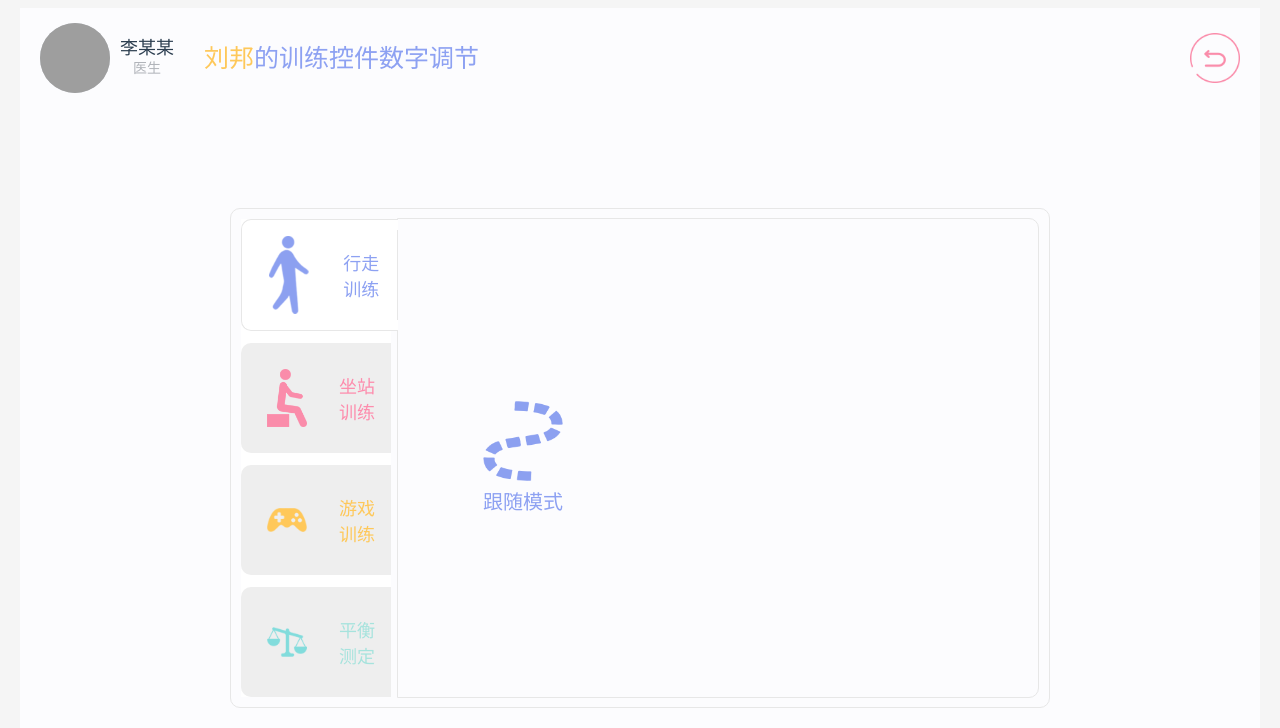
Repository: wangdanqing90/electron-vue-doctor
Page: /#/trainingAdjust
The author's editor kept a copy of each file at every save. The page is drawn from the files as they stood at one save, then again after the next save.
The browser window is 1280 px wide. The pictures show the whole page.
Pictures or frames that could not be fetched are drawn as grey boxes. The project was rebuilt for these pictures with package versions that can differ from the ones it lists, and the page was loaded fresh each time. Also part of the build but not shown: vue.config.js, src/views/Home.vue, src/assets/styles/variable.scss, src/assets/styles/iconfont.css, src/components/Adjust/Adjust.vue.

Above is the page before, as saved 2020-01-15 13:41:43.

### public/index.html
<!DOCTYPE html>
<html lang="en">
  <head>
    <meta charset="utf-8">
    <meta http-equiv="X-UA-Compatible" content="IE=edge">
    <meta name="viewport" content="width=device-width,initial-scale=1.0">
    <link rel="icon" href="<%= BASE_URL %>favicon.ico">
    <title>electron-vue-demo</title>
  </head>
  <body>
    <noscript>
      <strong>We're sorry but electron-vue-demo doesn't work properly without JavaScript enabled. Please enable it to continue.</strong>
    </noscript>
    <div id="app"></div>
    <!-- built files will be auto injected -->
  </body>
</html>

### src/App.vue
<template>
  <div id="app">
    <!-- <div id="nav">
      <router-link to="/">Home</router-link> |
      <router-link to="/about">About</router-link>
    </div>-->
    <keep-alive>
      <router-view v-if="$route.meta.keepAlive"></router-view>
    </keep-alive>
    <router-view v-if="!$route.meta.keepAlive"></router-view>
  </div>
</template>

<style lang="scss">
#app {
  font-family: "Avenir", Helvetica, Arial, sans-serif;
  -webkit-font-smoothing: antialiased;
  -moz-osx-font-smoothing: grayscale;
  text-align: center;
  color: #2c3e50;
  height: 100%;
}
#nav {
  padding: 30px;
  a {
    font-weight: bold;
    color: #2c3e50;
    &.router-link-exact-active {
      color: #42b983;
    }
  }
}
</style>

### src/assets/styles/base.scss
html {
  background: #f5f5f5;
  height: 100%;
}

body {
  height: 100%;
}

p {
  margin: 0;
  padding: 0;
}

ol,
ul {
  list-style: none;
  margin: 0;
  padding: 0;
}

a {
  cursor: pointer;
}

.wrap-white {
  background: #fff;
  padding-left: 20px;
  padding-right: 20px;
  overflow: hidden;

}

.el-breadcrumb {
  margin-bottom: 15px;
}

.el-titleText {
  font-size: 20px;
  color: black;
  height: 64px;
  line-height: 64px;
}

//::-webkit-scrollbar {
//  width: 5px;
//  height: 5px;
//}
//
//::-webkit-scrollbar:horizontal {
//  height: 15px;
//}
//
//::-webkit-scrollbar-track-piece:vertical {
//  background-color: rgba(0, 0, 0, 0.2);
//  -webkit-border-radius: 6px;
//}
//
//::-webkit-scrollbar-track:horizontal {
//  background-color: rgba(0, 0, 0, 0.2);
//}
//
//::-webkit-scrollbar-thumb:vertical {
//  height: 5px;
//  background-color: rgba(125, 125, 125, 0.7);
//  -webkit-border-radius: 6px;
//}
//
//::-webkit-scrollbar-thumb:horizontal {
//  width: 5px;
//  background-color: rgba(125, 125, 125, 0.7);
//}

input[type="text"],
input[type="number"] {
  //-webkit-appearance: none;
  background-color: #fff;
  border-radius: 4px;
  border: 1px solid #d8dce5;
  box-sizing: border-box;
  color: #5a5e66;
  display: inline-block;
  font-size: inherit;
  height: 40px;
  line-height: 1;
  outline: 0;
  padding: 0 15px;
  -webkit-transition: border-color .2s cubic-bezier(.645, .045, .355, 1);
  transition: border-color .2s cubic-bezier(.645, .045, .355, 1);
  width: 100%;

  &:hover {
    border-color: #b4bccc;
  }

  &:focus {
    border-color: #409EFF;
    outline: 0;
  }
}

/*滚动条*/
::-webkit-scrollbar {
  -webkit-appearance: none;
}

::-webkit-scrollbar:vertical {
  width: 10px;
}

::-webkit-scrollbar:horizontal {
  height: 10px;
}

::-webkit-scrollbar-thumb {
  background-color: rgba(0, 0, 0, .5);
  border-radius: 10px;
  border: 2px solid #ffffff;
}

::-webkit-scrollbar-track {
  border-radius: 10px;
  background-color: #ffffff;
}

/*margin*/
.margin-bottom-240 {
  margin-bottom: 240px;
}

.margin-top--10 {
  margin-top: -10px;
}

.margin-top--15 {
  margin-top: -15px;
}

.margin-top--18 {
  margin-top: -18px;
}

.margin-top--20 {
  margin-top: -20px;
}

.margin-top--40 {
  margin-top: -40px;
}

.margin-top--60 {
  margin-top: -60px;
}

.margin-top--80 {
  margin-top: -80px;
}

.margin-top--180 {
  margin-top: -180px;
}

.margin-top-0 {
  margin-top: 0px !important;
}

.margin-top-10 {
  margin-top: 10px;
}

.margin-top-15 {
  margin-top: 15px;
}

.margin-top-20 {
  margin-top: 20px;
}

.margin-top-25 {
  margin-top: 25px;
}

.margin-top-30 {
  margin-top: 30px;
}

.margin-top-35 {
  margin-top: 35px;
}

.margin-top-40 {
  margin-top: 40px;
}

.margin-top-46 {
  margin-top: 46px;
}

.margin-top-50 {
  margin-top: 50px;
}

.margin-top-60 {
  margin-top: 60px;
}

.margin-top-70 {
  margin-top: 70px;
}

.margin-top-80 {
  margin-top: 80px;
}

.margin-top-100 {
  margin-top: 100px;
}

.margin-bottom-0 {
  margin-bottom: 0px !important;
}

.margin-bottom-5 {
  margin-bottom: 5px;
}

.margin-bottom-10 {
  margin-bottom: 20px;
}

.margin-bottom-20 {
  margin-bottom: 20px;
}

.margin-bottom-25 {
  margin-bottom: 25px;
}

.margin-bottom-30 {
  margin-bottom: 30px;
}

.margin-bottom-40 {
  margin-bottom: 40px;
}

.margin-bottom-50 {
  margin-bottom: 50px;
}

.margin-bottom-60 {
  margin-bottom: 60px;
}

.margin-bottom-70 {
  margin-bottom: 70px;
}

.margin-left-0 {
  margin-left: 0px !important;
}

.margin-left-5 {
  margin-left: 5px;
}

.margin-left--15 {
  margin-left: -15px;
}

.margin-left--35 {
  margin-left: -35px;
}

.margin-left-10 {
  margin-left: 10px;
}

.margin-left-25 {
  margin-left: 25px;
}

.margin-left-30 {
  margin-left: 30px;
}

.margin-left-40 {
  margin-left: 40px;
}

.margin-right-0 {
  margin-right: 0px;
}

.margin-right-5 {
  margin-right: 5px;
}

.margin-right-10 {
  margin-right: 10px;
}

.margin-right-30 {
  margin-right: 30px;
}


.margin-right--15 {
  margin-right: -15px;
}

.margin-right--35 {
  margin-right: -35px;
}

.margin-right--50 {
  margin-right: -50px;
}

.margin-0 {
  margin: 0px;
}

.padding-top-5 {
  padding-top: 5px;
}

.padding-top-10 {
  padding-top: 10px;
}

.padding-top-15 {
  padding-top: 15px;
}

.padding-top-20 {
  padding-top: 20px;
}

.padding-top-26 {
  padding-top: 26px;
}

.padding-top-30 {
  padding-top: 30px;
}

.padding-top-35 {
  padding-top: 35px;
}

.padding-top-40 {
  padding-top: 40px;
}

.padding-top-60 {
  padding-top: 60px;
}

.padding-top-70 {
  padding-top: 70px;
}

.padding-top-100 {
  padding-top: 100px;
}

.padding-top-150 {
  padding-top: 150px;
}

.padding-top-250 {
  padding-top: 250px;
}

.padding-left-0 {
  padding-left: 0px;
}

.padding-left-5 {
  padding-left: 5px;
}

.padding-left-7 {
  padding-left: 7.5px;
}

.padding-left-10 {
  padding-left: 10px;
}

.padding-left-12 {
  padding-left: 12px;
}

.padding-left-15 {
  padding-left: 15px;
}

.padding-left-20 {
  padding-left: 20px;
}

.padding-left-24 {
  padding-left: 24px;
}

.padding-left-30 {
  padding-left: 30px;
}

.padding-left-40 {
  padding-left: 40px;
}

.padding-left-50 {
  padding-left: 50px;
}

.padding-left-70 {
  padding-left: 70px;
}

.padding-left-90 {
  padding-left: 90px;
}

.padding-bottom-5 {
  padding-bottom: 5px;
}

.padding-bottom-10 {
  padding-bottom: 10px;
}

.padding-bottom-20 {
  padding-bottom: 20px;
}

.padding-bottom-26 {
  padding-bottom: 26px;
}

.padding-bottom-30 {
  padding-bottom: 30px;
}

.padding-bottom-40 {
  padding-bottom: 40px;
}

.padding-bottom-50 {
  padding-bottom: 50px;
}

.padding-bottom-60 {
  padding-bottom: 60px;
}

.padding-bottom-100 {
  padding-bottom: 100px;
}

.padding-right-0 {
  padding-right: 0px;
}

.padding-right-7 {
  padding-right: 7.5px;
}

.padding-right-15 {
  padding-right: 15px;
}

.padding-right-30 {
  padding-right: 30px;
}

.padding-right-40 {
  padding-right: 40px;
}

.padding-right-50 {
  padding-right: 50px;
}

.padding-right-60 {
  padding-right: 60px;
}

.padding-right-90 {
  padding-right: 90px;
}

.padding-0 {
  padding: 0px !important;
}

.padding-15 {
  padding: 15px;
}

.padding-20 {
  padding: 20px;
}

@media (min-width: 992px) {
  .margin-left-15 {
    margin-left: 15px;
  }

  .margin-right-15 {
    margin-right: 15px;
  }
}

body {
  font-size: 12px;
  color: #7F8FA4;
  font-family: "Helvetica Neue", Helvetica, "PingFang SC", "Hiragino Sans GB", "Microsoft YaHei", "微软雅黑", Arial, sans-serif;
  box-sizing: border-box;
}

.container {
  width: 1200px;
  min-height: 100%;
  margin: 0 auto;
  background: #fcfcfe;
  padding: 0 20px;
}

.el-dialog__body {
  font-size: 12px;
}

.pb10 {
  padding-bottom: 10px;
}

.pb30 {
  padding-bottom: 30px;
}

.mb30 {
  margin-bottom: 30px;
}

.toolbar {
  background: #fff;
  padding: 10px;
  margin: 10px 0px;
  text-align: center;
}

.handleMoreWrap .el-dialog__body {
  padding: 10px;
}

.handleMore-title {
  text-align: center;
  padding-bottom: 6px;
}

.handleMoreHeight {
  max-height: 300px;
  overflow: hidden;
  overflow-y: auto;
  border-top: 1px solid #ddd;
  padding-top: 10px;
}

.el-table__header th {
  white-space: nowrap;
  font-size: 12px;
  font-weight: 100;
}

.content-wrapper {
  -webkit-overflow-scrolling: touch;
}

.center {
  text-align: center;
}

.text-right {
  text-align: right;
}

.text-left {
  text-align: left;
}

.f-left {
  float: left;
}

.f-right {
  float: right;
}

.hand {
  cursor: pointer;
}

/*flex兼容*/
.display_flex {
  display: -webkit-box;
  display: -ms-flexbox;
  display: -webkit-flex;
  display: flex;
}

// .display_flex>* {
//   display: block;
// }

.display_inline-flex {
  display: -webkit-inline-box;
  display: -ms-inline-flexbox;
  display: -webkit-inline-flex;
  display: inline-flex;
}

// .display_inline-flex>* {
//   display: block;
// }

/*伸缩流方向*/
.flex-direction_column {
  -webkit-box-orient: vertical;
  -ms-flex-direction: column;
  -webkit-flex-direction: column;
  flex-direction: column;
}

/*主轴对齐*/
.justify-content_flex-center {
  -webkit-box-pack: center;
  -ms-flex-pack: center;
  -webkit-justify-content: center;
  justify-content: center;
}

.justify-content_flex-start {
  -webkit-box-pack: start;
  -ms-flex-pack: start;
  -webkit-justify-content: flex-start;
  justify-content: flex-start;
}

.justify-content_flex-end {
  -webkit-box-pack: end;
  -ms-flex-pack: end;
  -webkit-justify-content: flex-end;
  justify-content: flex-end;
}

.justify-content_flex-justify {
  -webkit-box-pack: justify;
  -ms-flex-pack: justify;
  -webkit-justify-content: space-between;
  justify-content: space-between;
}

.justify-content_flex-around {
  -webkit-box-pack: justify;
  -ms-flex-pack: justify;
  -webkit-justify-content: space-around;
  justify-content: space-around;
}

/*侧轴对齐*/
.align-items_flex-start {
  -webkit-box-align: start;
  -ms-flex-align: start;
  -webkit-align-items: flex-start;
  align-items: flex-start;
}

.align-items_flex-end {
  -webkit-box-align: end;
  -ms-flex-align: end;
  -webkit-align-items: flex-end;
  align-items: flex-end;
}

.align-items_center {
  -webkit-box-align: center;
  -ms-flex-align: center;
  -webkit-align-items: center;
  align-items: center;
}

.align-items_baseline {
  -webkit-box-align: baseline;
  -ms-flex-align: baseline;
  -webkit-align-items: baseline;
  align-items: baseline;
}

/*伸缩性*/
.flex_auto {
  -webkit-box-flex: 1;
  -ms-flex: auto;
  -webkit-flex: auto;
  flex: auto;
}

.flex_1 {
  width: 0;
  -webkit-box-flex: 1;
  -ms-flex: 1;
  -webkit-flex: 1;
  flex: 1;
}

/*显示顺序*/
.order_2 {
  -webkit-box-ordinal-group: 2;
  -ms-flex-order: 2;
  -webkit-order: 2;
  order: 2;
}

.order_3 {
  -webkit-box-ordinal-group: 3;
  -ms-flex-order: 3;
  -webkit-order: 3;
  order: 3;
}

### src/assets/styles/common.scss
.clearfix {

  &::after {
    display: block;
    height: 0;
    content: ".";
    clear: both;
    visibility: hidden;
  }
}

.float-left {
  float: left;
}

.float-right {
  float: right;
}

.align-left {
  text-align: left;
}

.align-right {
  text-align: right;
}

.small-size {
  font-size: 12px !important;
}

.large-size {
  font-size: 16px !important;
}

.New-elFrom {
  padding: 10px;
  background: #fff;

  .el-form-item {
    margin-bottom: 0;
  }

  .el-form-item__label {
    padding: 0;
    line-height: 30px;
    font-size: 12px;
    color: #7F8FA4;

  }

  .el-form-item__content-btn {
    text-align: center;
    padding: 20px 0 10px;
  }

  .el-select {
    display: block;
  }

  .el-date-editor.el-input,
  .el-input-number--medium {
    width: 100%;
  }
}

.el-radio-group {
  display: flex;
  display: -webkit-flex;
}

.el-radio-group .el-radio-button {
  flex: 1;
}



.el-button.purple,
.el-button.purple:active,
.el-button.purple:focus,
.el-button.purple:hover {
  color: white;
  background-color: #8c69e7;
  border: none;
  box-shadow: 0 2px 12px 0 rgba(240, 240, 240, 0.1)
}



.el-dialog {
  border-radius: 10px;

  .el-dialog__body {
    .purple {
      color: $purpleFontColor;
      font-size: 20px;
    }
  }
}

.el-form-item__label {
  color: $purpleFontColor;
}

.el-message-box .el-message-box__content {
  color: $purpleFontColor;
  font-size: 20px;
  margin: 30px 0;
  text-align: center;
}

.purpleFontColor {
  color: $purpleFontColor;
}

.pinkFontColor {
  color: $pinkFontColor;
}

.greenFontColor {
  color: $greenFontColor;
}

.yellowFontColor {
  color: $yellowFontColor;
}

### src/views/TrainingAdjust/TrainingAdjust.vue
/* eslint-disable vue/no-unused-vars */
<template>
  <div class="container">
    <HeaderDoctor :leftImg="leftImg" :title="title" :titleName="titleName">
      <template v-slot:right>
        <div class="header-right-div display_flex justify-content_flex-center align-items_center">
          <img src="@/../images/back.png" @click="backClick" />
        </div>
      </template>
    </HeaderDoctor>

    <div class="inform-container">
      <div class="inform-inner display_flex justify-content_flex-justify align-items_center">
        <div
          class="left display_inline-flex flex-direction_column justify-content_flex-justify align-items_center"
        >
          <div
            class="left-inner"
            :class="activeClass == index ? 'active':''"
            v-for="(item,index) in tagList"
            :key="index"
            @click="getItem(index)"
          >
            <div
              class="left-inner-inner display_flex justify-content_flex-around align-items_center"
            >
              <img :src="item.imgsrc" />
              <div :class="item.colorClass">
                <div>{{item.name}}</div>
                <div>{{item.namebottom}}</div>
              </div>
            </div>
          </div>
        </div>
        <div class="right display_flex justify-content_flex-justify align-items_center">
          <AdjustContiner :type="1"></AdjustContiner>
        </div>
      </div>
    </div>
  </div>
</template>

<script>
import HeaderDoctor from "@/components/HeaderDoctor/HeaderDoctor.vue";
import AdjustContiner from "@/components/Adjust/AdjustContiner.vue";

export default {
  name: "trainingPlan",
  components: {
    HeaderDoctor,
    AdjustContiner
  },

  data() {
    return {
      leftImg: "",
      activeClass: 0,
      activeRightClass: 0,
      tagList: [
        {
          name: "行走",
          namebottom: "训练",
          id: 1,
          imgsrc: require("@/../images/walkingtraining.png"),
          colorClass: "purpleFontColor"
        },
        {
          name: "坐站",
          namebottom: "训练",
          id: 2,
          imgsrc: require("@/../images/stationtraining.png"),
          colorClass: "pinkFontColor"
        },
        {
          name: "游戏",
          namebottom: "训练",
          id: 3,
          imgsrc: require("@/../images/gametraining.png"),
          colorClass: "yellowFontColor"
        },
        {
          name: "平衡",
          namebottom: "测定",
          id: 4,
          imgsrc: require("@/../images/balancedetermination.png"),
          colorClass: "greenFontColor"
        }
      ],
      adjustList: [
        {
          selectedImg: require("@/../images/followmode_0.png"),
          unselectedImg: require("@/../images/followmode_2.png"),
          title: "跟随模式",
          width: "210px",
          colorClass: "pinkFontColor",
          activeRightClass: true
        },
        {
          selectedImg: require("@/../images/followmode_0.png"),
          unselectedImg: require("@/../images/followmode_2.png"),
          title: "跟随模式",
          width: "210px",
          colorClass: "pinkFontColor",
          activeRightClass: false
        }
      ]
    };
  },
  created() {
    this.leftImg = require("../../../images/logo.png");
    this.title = "的训练控件数字调节";
    this.titleName = "刘邦";
  },
  methods: {
    backClick() {
      this.$router.go(-1);
    },
    getItem(index) {
      this.activeClass = index; // 把当前点击元素的index，赋值给activeClass
    },
    selectClick(index) {
      this.activeRightClass = index; // 把当前点击元素的index，赋值给activeClass
    }
  },
  watch: {}
};
</script>

<style scoped lang="scss">
.header {
  .header-right {
    img {
      width: 50px;
      margin-left: 20px;
    }
  }
}
.inform-container {
  box-sizing: border-box;
  margin: 100px auto;
  height: 500px;
  font-size: 12px;
  border-radius: 10px;
  border: 1px solid #e7e7e7;
  width: 820px;

  .inform-inner {
    box-sizing: border-box;
    padding: 10px;
    height: 100%;
    font-size: 18px;
    .left {
      width: 150px;
      background: white;
      height: 100%;
      z-index: 10;
      .left-inner {
        width: 100%;
        border-radius: 10px 0 0 10px;
        background: #eeeeee;
        .left-inner-inner {
          height: 90px;
          margin: 10px 0 10px 10px;
        }
        img {
          width: 40px;
        }
      }
      .active {
        background: white;
        border-top: 1px solid #e7e7e7;
        border-left: 1px solid #e7e7e7;
        border-bottom: 1px solid #e7e7e7;
        width: 156px;
        margin-right: -6px;
        .left-inner-inner {
          border-right: 1px solid #e7e7e7;
        }
      }
    }
    .right {
      width: 640px;
      height: 100%;
      border-top: 1px solid #e7e7e7;
      border-right: 1px solid #e7e7e7;
      border-bottom: 1px solid #e7e7e7;
      border-left: 1px solid #e7e7e7;
      border-radius: 0 10px 10px 0;
      color: #dcdcdc;
    }
  }
}
</style>

### src/components/HeaderDoctor/HeaderDoctor.vue
// 头部组件
<template>
  <el-row>
    <el-col :span="24" class="header">
      <div
        @click="jumpDoctorInform"
        class="header-left f-left display_flex justify-content_flex-center align-items_center"
      >
        <el-avatar
          :size="70"
          src="https://cube.elemecdn.com/0/88/03b0d39583f48206768a7534e55bcpng.png"
        ></el-avatar>
        <div
          class="display_flex flex-direction_column justify-content_flex-center align-items_center margin-left-10"
        >
          <div class="name">李某某</div>
          <div class="job">医生</div>
        </div>
      </div>
      <div class="header-middle-name f-left">{{titleName}}</div>
      <div class="header-middle f-left">{{title}}</div>

      <div class="header-right f-right">
        <slot name="right"></slot>
      </div>
    </el-col>
  </el-row>
</template>

<script>
export default {
  name: "HeaderDoctor",
  props: {
    msg: String,
    leftImg: {
      type: String,
      default: "../../../images/logo.png"
    },
    title: { String, default: "" },
    titleName: { String, default: "" }
  },

  data() {
    return {};
  },

  created() {},
  beforeDestroy() {},
  beforeMount() {},
  mounted() {},
  destroyed() {},
  methods: {
    jumpDoctorInform() {
      this.$router.push({
        path: "/detailInform",
        name: "detailInform",
        query: { type: "doctor" }
      });
    }
  }
};
</script>

<style scoped lang="scss">
.header {
  height: 100px;
  line-height: 100px;
  .header-left {
    height: 100%;
    text-align: left;
    margin-right: 30px;
    img {
      width: 150px;
    }
    .name {
      height: 20px;
      line-height: 20px;
      font-size: 18px;
    }
    .job {
      height: 20px;
      line-height: 20px;
      font-size: 14px;
      color: #b0b3b9;
    }
  }
  .header-middle-name {
    font-size: 25px;

    color: $yellowFontColor;
  }
  .header-middle {
    font-size: 25px;

    color: $purpleFontColor;
  }
  .header-right {
    height: 100%;
  }
}

::v-deep .header-right-div {
  height: 100%;
}
</style>

### src/components/Adjust/AdjustContiner.vue
// 调节组件
<template>
  <div class="adjust-container" :class="config.fontColor">
    <div class="top">
      <img :src="config.imgsrc" />
      <div>{{config.title}}</div>
    </div>
    <div class="bottom"></div>
  </div>
</template>

<script>
import AdjustContiner from "@/components/Adjust/AdjustContiner.vue";
export default {
  name: "AdjustContiner",
  props: {
    type: {
      type: Number,
      default: 0
    }
  },

  data() {
    return {
      config: {}
    };
  },

  created() {
    if (this.type === 1) {
      //跟随模式
      this.config = {
        title: "跟随模式",
        imgsrc: require("@/../images/followmode_1.png"),
        imgsrcGray: require("@/../images/followmode_2.png"),
        width: "120px",
        fontColor: "purpleFontColor",
        adjusts: [
          {
            name: "减重",
            step: 1,
            unit: "KG"
          },
          {
            name: "定距",
            step: 10,
            unit: "M"
          },
          {
            name: "速度",
            step: 100,
            unit: "MM/s"
          }
        ]
      };
    }
  },
  beforeDestroy() {},
  beforeMount() {},
  mounted() {},
  destroyed() {},
  methods: {}
};
</script>

<style scoped lang="scss">
.adjust-container {
  width: 210px;
  padding: 50px 20px;
  //   .purpleFontColor {
  //     color: $purpleFontColor;
  //   }

  //   .pinkFontColor {
  //     color: $pinkFontColor;
  //   }

  //   .greenFontColor {
  //     color: $greenFontColor;
  //   }

  //   .yellowFontColor {
  //     color: $yellowFontColor;
  //   }
  .top {
    font-size: 20px;
    img {
      width: 80px;
    }
  }
}
</style>

Loaded but not shown: src/store.js (common file); src/router.js (99 lines, source omitted); src/main.js (32 lines, source omitted); src/assets/js/common.js (22 lines, source omitted)

After the next save:
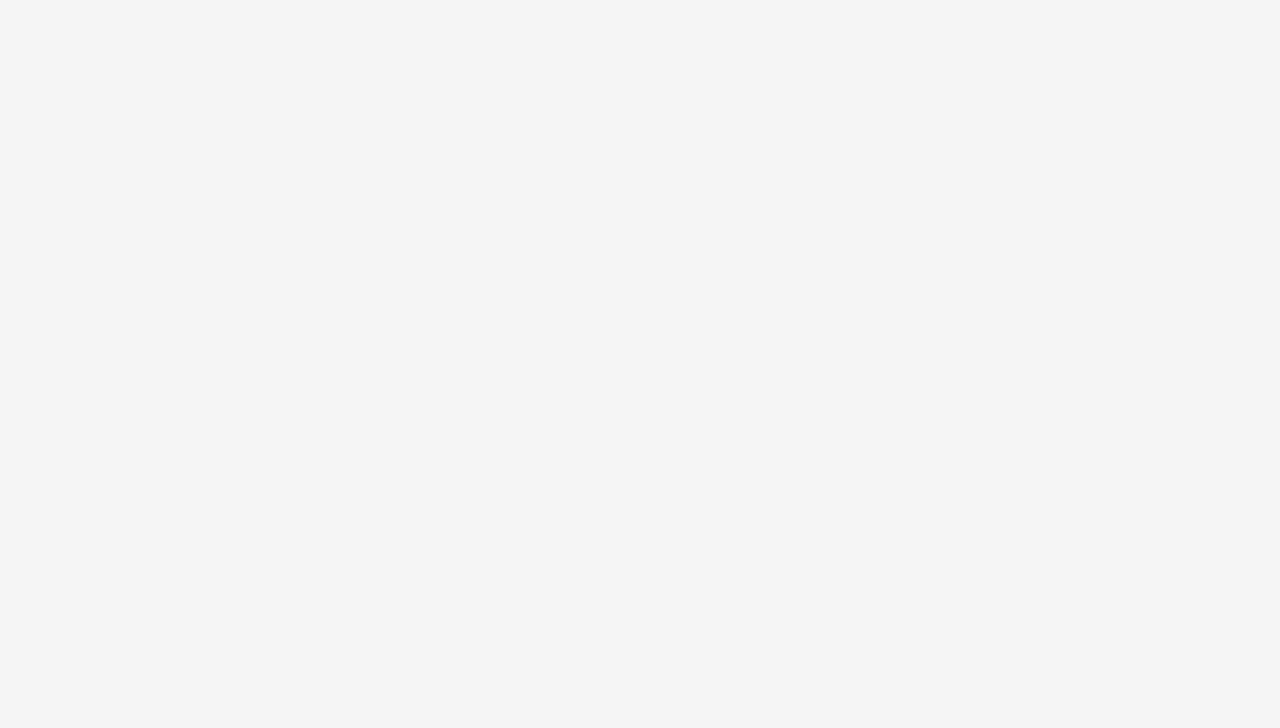
Saved 14 s later.
--- a/src/components/Adjust/AdjustContiner.vue
+++ b/src/components/Adjust/AdjustContiner.vue
@@ -10,9 +10,13 @@
 </template>
 
 <script>
-import AdjustContiner from "@/components/Adjust/AdjustContiner.vue";
+import Adjust from "@/components/Adjust/Adjust.vue";
 export default {
   name: "AdjustContiner",
+  components: {
+    HeaderDoctor,
+    AdjustContiner
+  },
   props: {
     type: {
       type: Number,

After the save that followed:
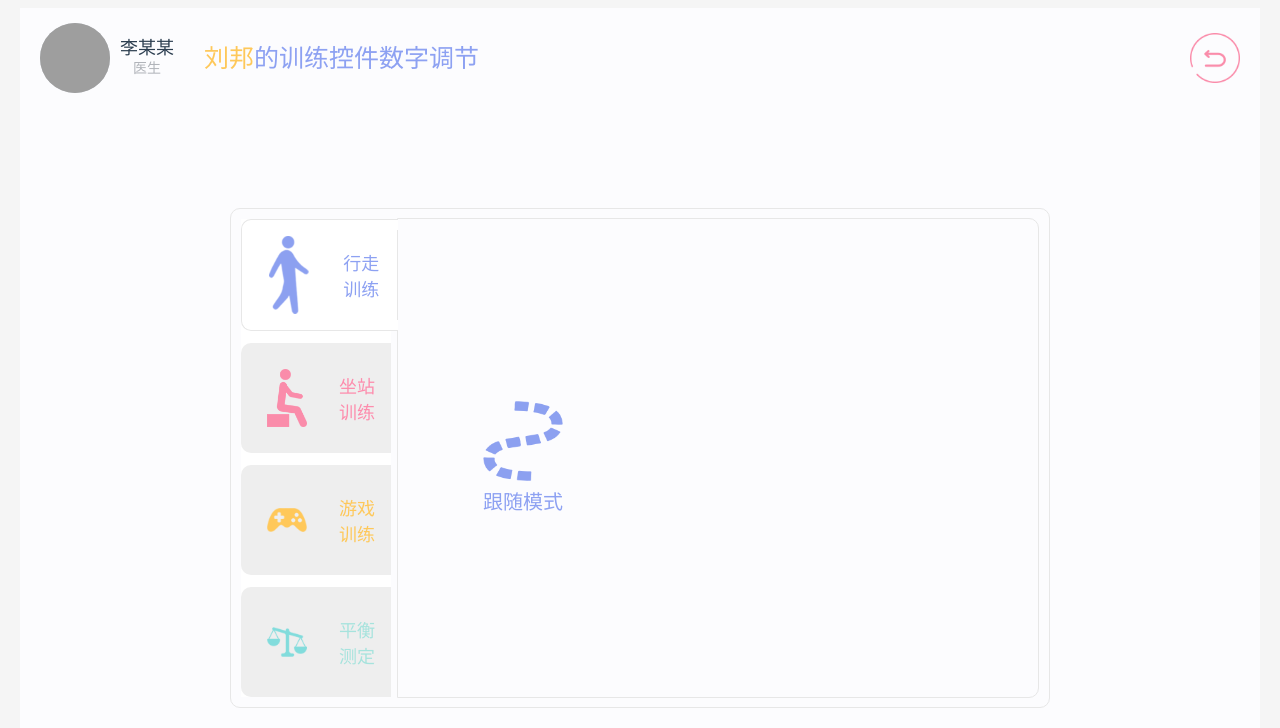
Saved 5 s later.
--- a/src/components/Adjust/AdjustContiner.vue
+++ b/src/components/Adjust/AdjustContiner.vue
@@ -14,8 +14,7 @@
 export default {
   name: "AdjustContiner",
   components: {
-    HeaderDoctor,
-    AdjustContiner
+    Adjust
   },
   props: {
     type: {
